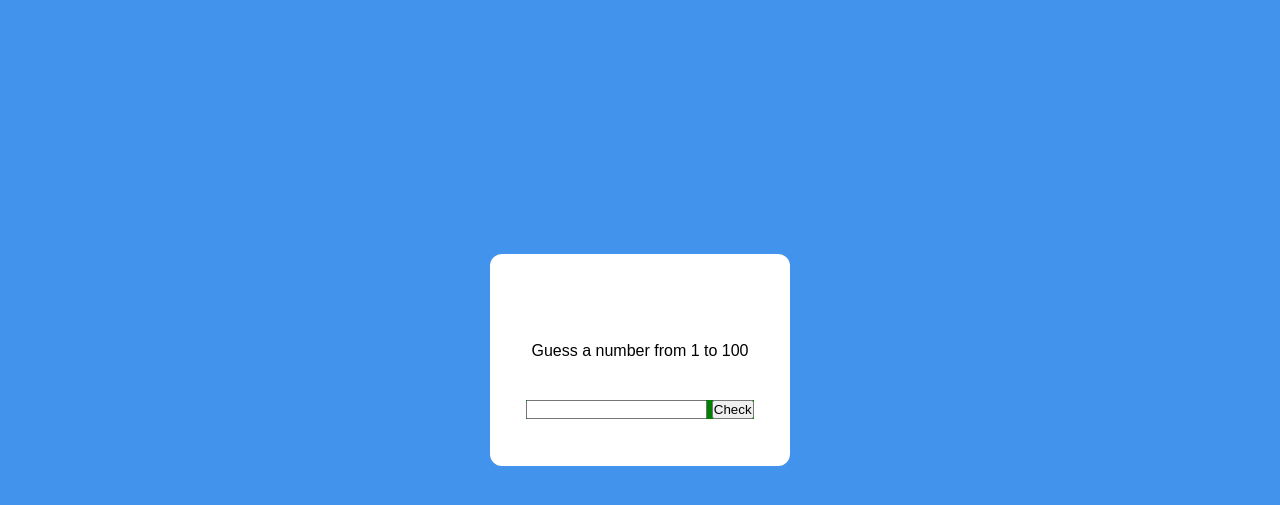
Repository: Ankitkr2021/Guess_Game
Page: index.html
These files come from the project's save history. The page is drawn as it stood at one moment and after the next save; the edit follows.
The browser window is 1280 px wide. The pictures show the whole page.

Above is the page before, as saved 2025-09-30 17:16:40.

### index.html
<!DOCTYPE html>
<html lang="en">
<head>
    <meta charset="UTF-8">
    <meta name="viewport" content="width=device-width, initial-scale=1.0">
    <title>Document</title>
    <link rel="stylesheet" href="./style.css">
</head>
<body>
    <div class="box">
        <p>Guess a number from 1 to 100</p>
        <div class="same-line">
        <input type="number">
        <button type="submit">Check</button>
        </div>
    </div>
</body>
</html>

### style.css
@import url("https://fonts.googleapis.com/css2?family=Poppins:wght@300;400;500;600;700&display=swap">
);

*{
    margin: 0;
    padding: 0;
    box-sizing: border-box;
    font-family: 'Poppins',sans-serif;
}

body{
    display: flex;
    justify-content: center;
    align-items: center;
    height: 100vh;
    width: 100%;
    background: #4293eb;
}

.box{
    background: #fff;
    height: 212px;
    width: 300px;
    border-radius: 12px;
    display: flex;
    flex-direction: column;
    align-items: center;
    justify-content: center;
}

p{
    padding: 40px 20px;
}

.same-line {
    background: green;

}

After the next save:
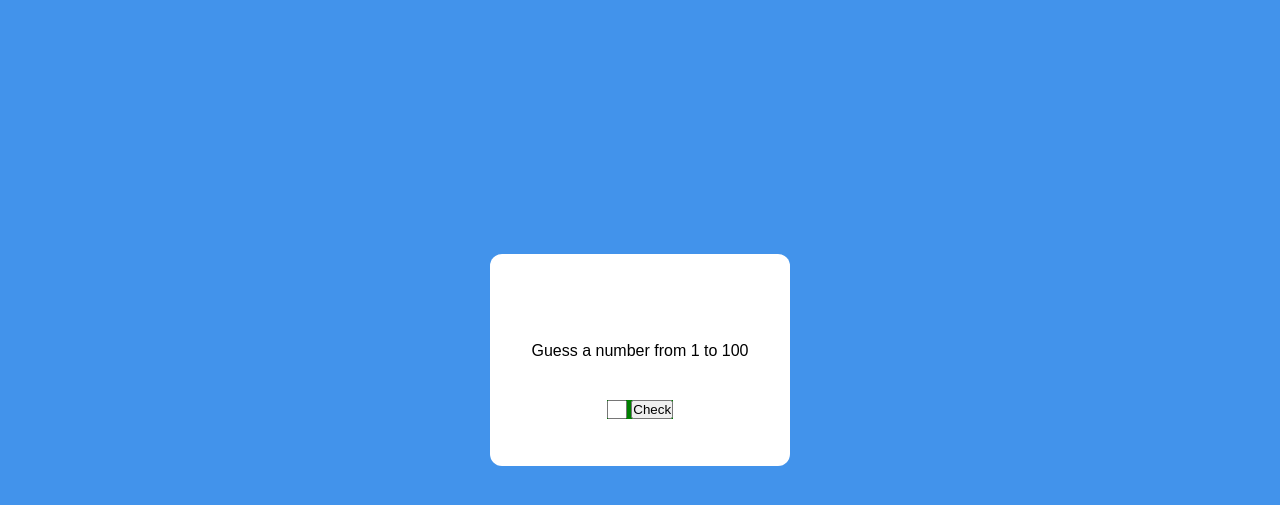
Saved 11 s later.
--- a/style.css
+++ b/style.css
@@ -34,5 +34,8 @@ p{
 
 .same-line {
     background: green;
+}
 
+input{
+    width: 20px;
 }
